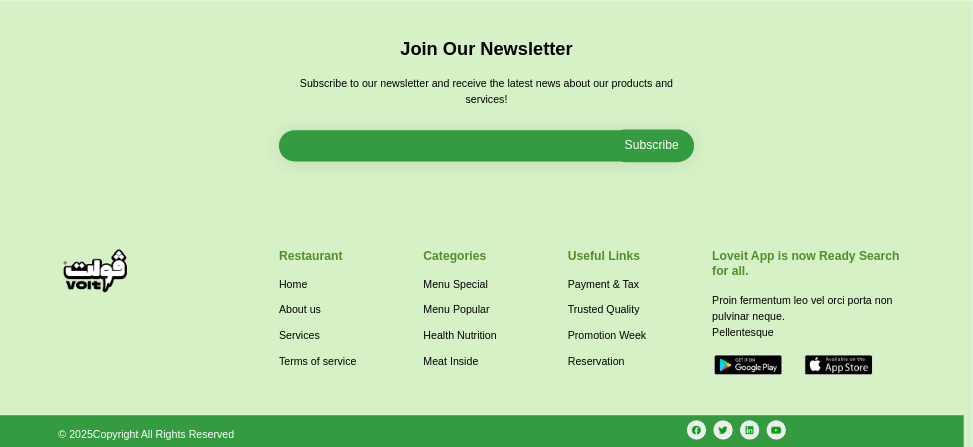
Repository: junivig/volt-new-project
Page: index.html
The author's editor kept a copy of each file at every save. The page is drawn from the files as they stood at one save, then again after the next save.
The browser window is 1280 px wide. The pictures show the part of the page from y = 1803 to 3422 px (the page is 2391 px tall before and 3422 px after), at 76% of full size.

Above is the page before, as saved 2025-01-29 20:10:37.

After the next save:
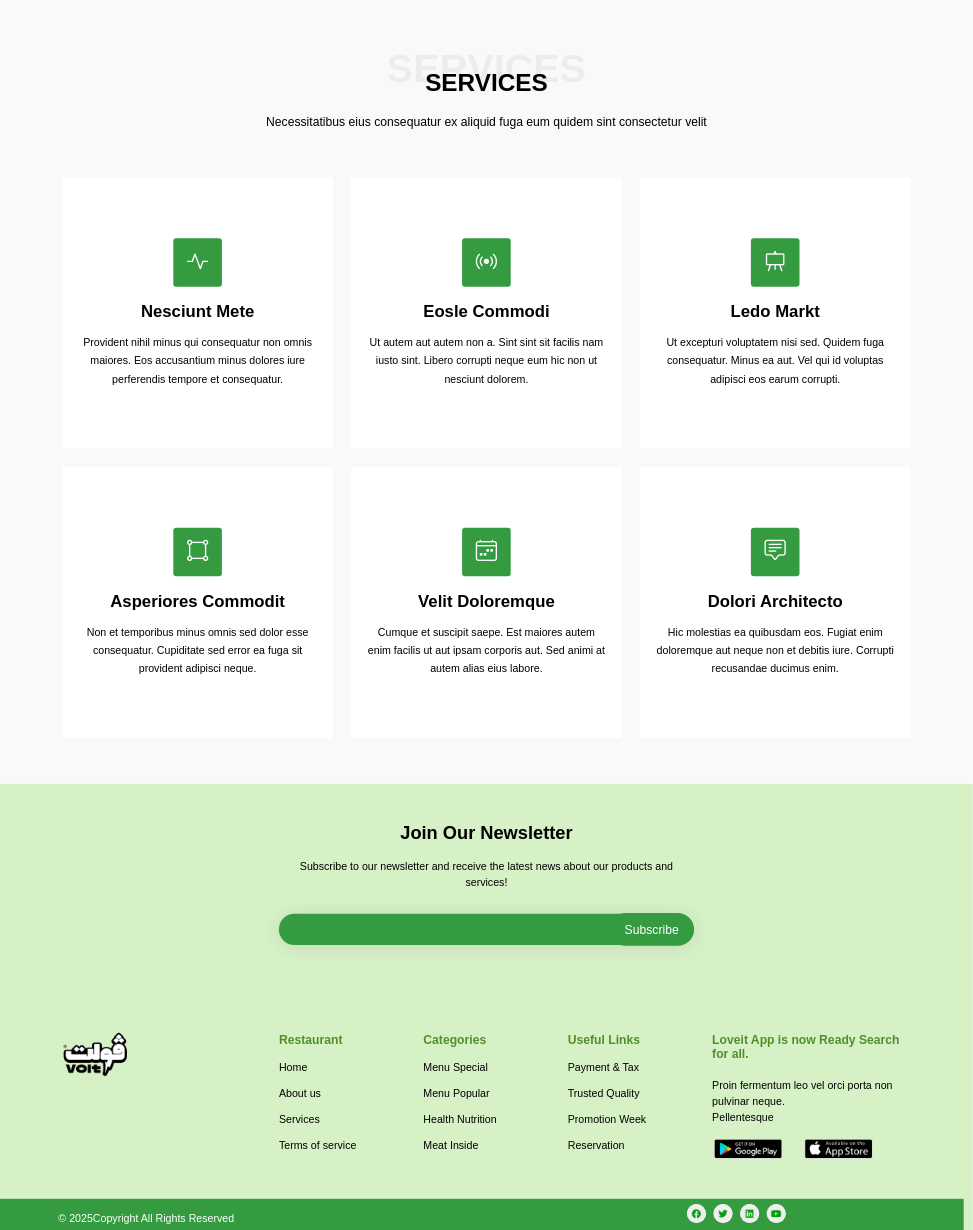
Saved 42 min 7 s later.
--- a/index.html
+++ b/index.html
@@ -315,6 +315,101 @@
 
     </section><!-- /About Section -->
 
+        <!-- Services Section -->
+        <section id="services" class="services section light-background">
+
+          <!-- Section Title -->
+          <div class="container section-title" data-aos="fade-up">
+            <span>Services</span>
+            <h2>Services</h2>
+            <p>Necessitatibus eius consequatur ex aliquid fuga eum quidem sint consectetur velit</p>
+          </div><!-- End Section Title -->
+
+          <div class="container">
+
+            <div class="row gy-4">
+
+              <div class="col-lg-4 col-md-6" data-aos="fade-up" data-aos-delay="100">
+                <div class="service-item position-relative">
+                  <div class="icon">
+                    <i class="bi bi-activity"></i>
+                  </div>
+                  <a href="service-details.html" class="stretched-link">
+                    <h3>Nesciunt Mete</h3>
+                  </a>
+                  <p>Provident nihil minus qui consequatur non omnis maiores. Eos accusantium minus dolores iure perferendis tempore et consequatur.</p>
+                </div>
+              </div><!-- End Service Item -->
+
+              <div class="col-lg-4 col-md-6" data-aos="fade-up" data-aos-delay="200">
+                <div class="service-item position-relative">
+                  <div class="icon">
+                    <i class="bi bi-broadcast"></i>
+                  </div>
+                  <a href="service-details.html" class="stretched-link">
+                    <h3>Eosle Commodi</h3>
+                  </a>
+                  <p>Ut autem aut autem non a. Sint sint sit facilis nam iusto sint. Libero corrupti neque eum hic non ut nesciunt dolorem.</p>
+                </div>
+              </div><!-- End Service Item -->
+
+              <div class="col-lg-4 col-md-6" data-aos="fade-up" data-aos-delay="300">
+                <div class="service-item position-relative">
+                  <div class="icon">
+                    <i class="bi bi-easel"></i>
+                  </div>
+                  <a href="service-details.html" class="stretched-link">
+                    <h3>Ledo Markt</h3>
+                  </a>
+                  <p>Ut excepturi voluptatem nisi sed. Quidem fuga consequatur. Minus ea aut. Vel qui id voluptas adipisci eos earum corrupti.</p>
+                </div>
+              </div><!-- End Service Item -->
+
+              <div class="col-lg-4 col-md-6" data-aos="fade-up" data-aos-delay="400">
+                <div class="service-item position-relative">
+                  <div class="icon">
+                    <i class="bi bi-bounding-box-circles"></i>
+                  </div>
+                  <a href="service-details.html" class="stretched-link">
+                    <h3>Asperiores Commodit</h3>
+                  </a>
+                  <p>Non et temporibus minus omnis sed dolor esse consequatur. Cupiditate sed error ea fuga sit provident adipisci neque.</p>
+                  <a href="service-details.html" class="stretched-link"></a>
+                </div>
+              </div><!-- End Service Item -->
+
+              <div class="col-lg-4 col-md-6" data-aos="fade-up" data-aos-delay="500">
+                <div class="service-item position-relative">
+                  <div class="icon">
+                    <i class="bi bi-calendar4-week"></i>
+                  </div>
+                  <a href="service-details.html" class="stretched-link">
+                    <h3>Velit Doloremque</h3>
+                  </a>
+                  <p>Cumque et suscipit saepe. Est maiores autem enim facilis ut aut ipsam corporis aut. Sed animi at autem alias eius labore.</p>
+                  <a href="service-details.html" class="stretched-link"></a>
+                </div>
+              </div><!-- End Service Item -->
+
+              <div class="col-lg-4 col-md-6" data-aos="fade-up" data-aos-delay="600">
+                <div class="service-item position-relative">
+                  <div class="icon">
+                    <i class="bi bi-chat-square-text"></i>
+                  </div>
+                  <a href="service-details.html" class="stretched-link">
+                    <h3>Dolori Architecto</h3>
+                  </a>
+                  <p>Hic molestias ea quibusdam eos. Fugiat enim doloremque aut neque non et debitis iure. Corrupti recusandae ducimus enim.</p>
+                  <a href="service-details.html" class="stretched-link"></a>
+                </div>
+              </div><!-- End Service Item -->
+
+            </div>
+
+          </div>
+
+        </section><!-- /Services Section -->
+
   </main>
 
   <footer id="footer" class="footer">
